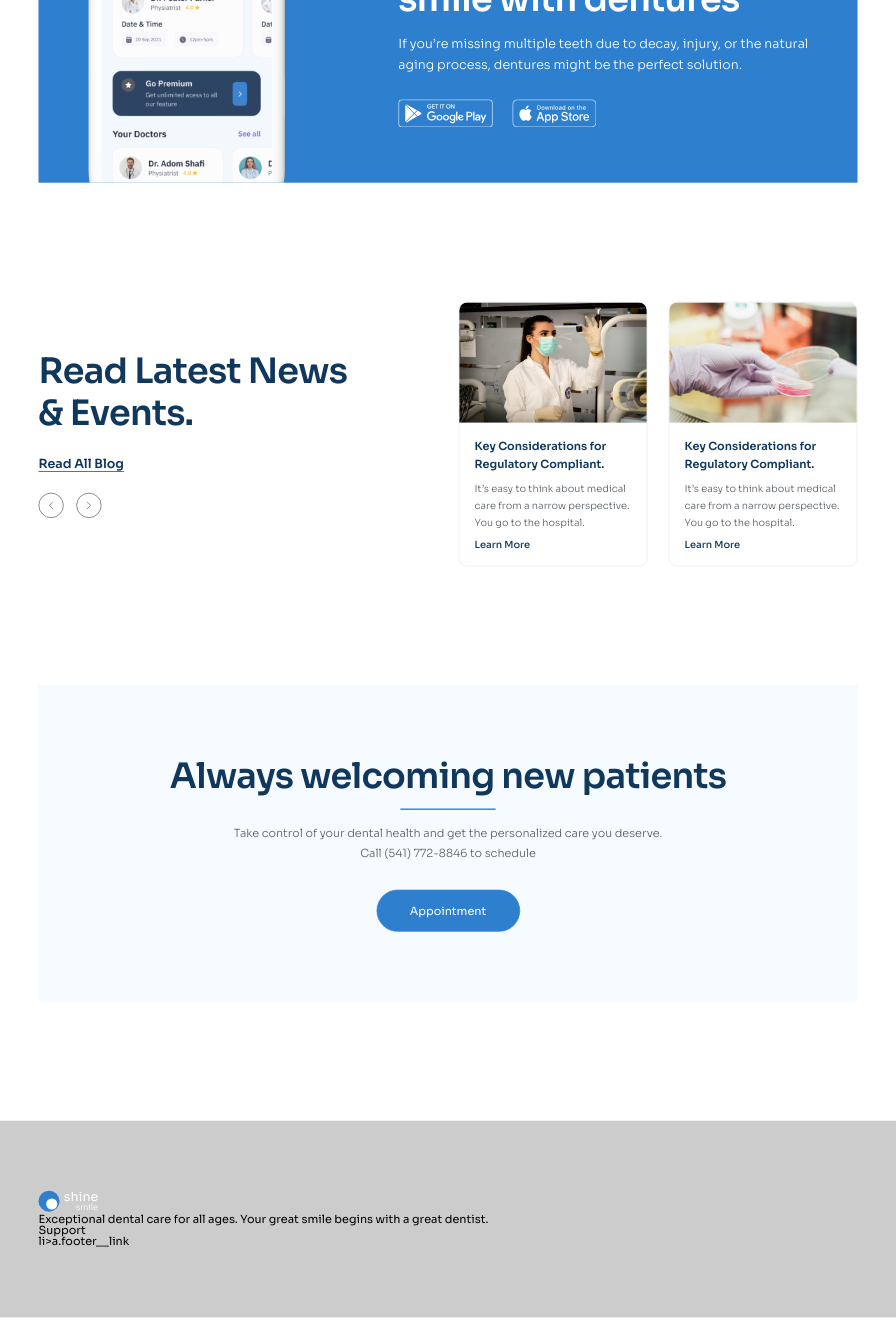
Repository: han2003dz/f8-project-03
Page: index.html
These files come from the project's save history. The page is drawn as it stood at one moment and after the next save; the edit follows.
The browser window is 1280 px wide. The pictures show the part of the page from y = 4580 to 6500 px (the page is 8000 px tall), at 70% of full size.

Above is the page before, as saved 2023-05-09 00:09:09.

### index.html
<!DOCTYPE html>
<html lang="en">

<head>
    <meta charset="UTF-8">
    <meta http-equiv="X-UA-Compatible" content="IE=edge">
    <meta name="viewport" content="width=device-width, initial-scale=1.0">
    <title>Shine Smile</title>
    <!-- favicon -->
    <link rel="apple-touch-icon" sizes="57x57" href="./assets/favicon/apple-icon-57x57.png">
    <link rel="apple-touch-icon" sizes="60x60" href="./assets/favicon/apple-icon-60x60.png">
    <link rel="apple-touch-icon" sizes="72x72" href="./assets/favicon/apple-icon-72x72.png">
    <link rel="apple-touch-icon" sizes="76x76" href="./assets/favicon/apple-icon-76x76.png">
    <link rel="apple-touch-icon" sizes="114x114" href="./assets/favicon/apple-icon-114x114.png">
    <link rel="apple-touch-icon" sizes="120x120" href="./assets/favicon/apple-icon-120x120.png">
    <link rel="apple-touch-icon" sizes="144x144" href="./assets/favicon/apple-icon-144x144.png">
    <link rel="apple-touch-icon" sizes="152x152" href="./assets/favicon/apple-icon-152x152.png">
    <link rel="apple-touch-icon" sizes="180x180" href="./assets/favicon/apple-icon-180x180.png">
    <link rel="icon" type="image/png" sizes="192x192" href="./assets/favicon/android-icon-192x192.png">
    <link rel="icon" type="image/png" sizes="32x32" href="./assets/favicon/favicon-32x32.png">
    <link rel="icon" type="image/png" sizes="96x96" href="./assets/favicon/favicon-96x96.png">
    <link rel="icon" type="image/png" sizes="16x16" href="./assets/favicon/favicon-16x16.png">
    <link rel="manifest" href="./assets/favicon/manifest.json">
    <meta name="msapplication-TileColor" content="#ffffff">
    <meta name="msapplication-TileImage" content="./assets/favicon/ms-icon-144x144.png">
    <meta name="theme-color" content="#ffffff">
    <!-- embed font -->
    <link rel="preconnect" href="https://fonts.googleapis.com">
    <link rel="preconnect" href="https://fonts.gstatic.com" crossorigin>
    <link href="https://fonts.googleapis.com/css2?family=Sora:wght@300;400;500;600;700&display=swap" rel="stylesheet">
    <!-- my css -->
    <link rel="stylesheet" href="/assets/css/reset.css">
    <link rel="stylesheet" href="/assets/css/style.css">
</head>

<body style="height: 8000px;">
    <header class="header">
        <div class="container">
            <!-- nav -->
            <div class="navigation">
                <a href="#!">
                    <div class="logo">
                        <span class="logo__circle"></span>
                        <span class="logo__text">
                            <span class="logo__brand">shine</span>
                            <span class="logo__brand logo__brand--small">smile</span>
                        </span>
                    </div>
                </a>
                <nav class="navbar">
                    <ul class="nav__list">
                        <li class="nav__item">
                            <a href="#!" class="nav__link nav__link--active">Home</a>
                        </li>
                        <li class="nav__item">
                            <a href="#!" class="nav__link">Services</a>
                        </li>
                        <li class="nav__item">
                            <a href="#!" class="nav__link">About</a>
                        </li>
                        <li class="nav__item">
                            <a href="#!" class="nav__link">Doctors</a>
                        </li>
                    </ul>
                </nav>
                <!-- action -->
                <div class="header-action">
                    <a href="#!" class="header-action__login">Log In</a>
                    <button href="#!" class="header-action__sign-up btn">Sign Up</button>
                </div>
            </div>
            <!-- hero -->
            <section class="hero">
                <!-- hero content -->
                <div class="hero__content">
                    <h1 class="hero__heading">Exceptional dental care for all ages.</h1>
                    <p class="hero__desc">Exceptional dental care for all ages. Your great smile begins with a great
                        dentist.</p>
                    <div class="hero__row">
                        <a href="#!" class="btn hero__btn">Book Online</a>
                        <span class="hero__phone">or call (123) 456-7890</span>
                    </div>
                </div>
                <div class="hero__media">
                    <figure class="hero__images">
                        <img src="./assets/img/img1__hero.jpg" alt="" class="hero__img">
                        <img src="./assets/img/img2__hero.jpg" alt="" class="hero__img">
                    </figure>
                </div>

            </section>
        </div>
    </header>
    <main>
        <!-- service -->
        <div class="service">
            <div class="container">
                <h2 class="section-heading">Our services</h2>
                <p class="section-desc">Exceptional dental care for all ages. Your great smile begins with a great
                    dentist.</p>
                <div class="service__row">
                    <figure>
                        <img src="./assets/img/service-img3.jpg" alt="" class="service__img">
                    </figure>
                    <div>
                        <div class="service__list">
                            <!-- item 1 -->
                            <section class="service-item">
                                <div class="service-item__icon">
                                    <!-- icon -->
                                    <svg width="22" height="24" viewBox="0 0 22 24" fill="none"
                                        xmlns="http://www.w3.org/2000/svg">
                                        <path
                                            d="M20.3598 2.63964C17.9506 -0.556131 14.2772 -0.568132 11.2481 1.10682C11.001 1.24657 10.7219 1.31411 10.4406 1.30222C10.1592 1.29033 9.88633 1.19945 9.65105 1.03931C8.49552 0.245717 7.29036 -0.316477 5.13904 0.207462C0.623408 1.3071 0 4.90379 0 8.99816C0.0797353 12.1602 0.500857 15.3032 1.25551 18.3683C2.11836 22.0168 3.90382 24 5.43354 24C6.96326 24 7.00963 22.2204 7.00963 20.8016C7.00963 19.2009 7.39505 14.8009 10.8642 14.8009C13.5317 14.8009 14.3333 18.4013 14.3333 20.8016C14.3329 23.095 15.1722 24 16.6628 24C19.5267 24 20.9796 15.3938 21.3719 13.1237C21.7642 10.8535 22.9882 6.12569 20.3598 2.63964Z"
                                            fill="currentColor" />
                                    </svg>
                                </div>
                                <div class="service-item__body">
                                    <h3 class="service-item__heading">Oral Surgery</h3>
                                    <p class="service-item__desc">
                                        Everything you expect and then some. Cleanings, fillings, and x-rays.
                                    </p>
                                </div>
                            </section>
                            <!-- item 2 -->
                            <section class="service-item">
                                <div class="service-item__icon">
                                    <!-- icon -->
                                    <svg width="22" height="24" viewBox="0 0 22 24" fill="none"
                                        xmlns="http://www.w3.org/2000/svg">
                                        <path
                                            d="M20.3598 2.63964C17.9506 -0.556131 14.2772 -0.568132 11.2481 1.10682C11.001 1.24657 10.7219 1.31411 10.4406 1.30222C10.1592 1.29033 9.88633 1.19945 9.65105 1.03931C8.49552 0.245717 7.29036 -0.316477 5.13904 0.207462C0.623408 1.3071 0 4.90379 0 8.99816C0.0797353 12.1602 0.500857 15.3032 1.25551 18.3683C2.11836 22.0168 3.90382 24 5.43354 24C6.96326 24 7.00963 22.2204 7.00963 20.8016C7.00963 19.2009 7.39505 14.8009 10.8642 14.8009C13.5317 14.8009 14.3333 18.4013 14.3333 20.8016C14.3329 23.095 15.1722 24 16.6628 24C19.5267 24 20.9796 15.3938 21.3719 13.1237C21.7642 10.8535 22.9882 6.12569 20.3598 2.63964Z"
                                            fill="currentColor" />
                                    </svg>
                                </div>
                                <div class="service-item__body">
                                    <h3 class="service-item__heading">Wisdom Teeth Removal</h3>
                                    <p class="service-item__desc">
                                        Everything you expect and then some. Cleanings, fillings, and x-rays.
                                    </p>
                                </div>
                            </section>
                            <!-- item 3 -->
                            <section class="service-item">
                                <div class="service-item__icon">
                                    <!-- icon -->
                                    <svg width="22" height="24" viewBox="0 0 22 24" fill="none"
                                        xmlns="http://www.w3.org/2000/svg">
                                        <path
                                            d="M20.3598 2.63964C17.9506 -0.556131 14.2772 -0.568132 11.2481 1.10682C11.001 1.24657 10.7219 1.31411 10.4406 1.30222C10.1592 1.29033 9.88633 1.19945 9.65105 1.03931C8.49552 0.245717 7.29036 -0.316477 5.13904 0.207462C0.623408 1.3071 0 4.90379 0 8.99816C0.0797353 12.1602 0.500857 15.3032 1.25551 18.3683C2.11836 22.0168 3.90382 24 5.43354 24C6.96326 24 7.00963 22.2204 7.00963 20.8016C7.00963 19.2009 7.39505 14.8009 10.8642 14.8009C13.5317 14.8009 14.3333 18.4013 14.3333 20.8016C14.3329 23.095 15.1722 24 16.6628 24C19.5267 24 20.9796 15.3938 21.3719 13.1237C21.7642 10.8535 22.9882 6.12569 20.3598 2.63964Z"
                                            fill="currentColor" />
                                    </svg>
                                </div>
                                <div class="service-item__body">
                                    <h3 class="service-item__heading">Preventative Dentistry</h3>
                                    <p class="service-item__desc">
                                        Everything you expect and then some. Cleanings, fillings, and x-rays.
                                    </p>
                                </div>
                            </section>
                        </div>
                        <a href="" class="btn service__btn">All Services</a>
                    </div>
                </div>
            </div>
        </div>
        <section class="work">
            <div class="container">
                <h2 class="section-heading heading__work">How it works</h2>
                <p class="section-desc desc__work">Exceptional dental care for all ages. Your great smile begins with a
                    great dentist.
                </p>
                <div class="work__list">
                    <!-- item 1 -->
                    <section class="work-item">
                        <img src="./assets/icon/search.svg" alt="" class="work-item__icon">
                        <h3 class="work-item__heading">Search doctor</h3>
                        <p class="work-item__desc">Search a doctor by education, qualifications or experience-contact
                            for inquiry.
                        </p>
                        <a href="#!" class="learn-more">Learn More</a>
                    </section>
                    <!-- item 2 -->
                    <section class="work-item">
                        <img src="./assets/icon/search-user.svg" alt="" class="work-item__icon">
                        <h3 class="work-item__heading">Find best doctor</h3>
                        <p class="work-item__desc">Search a doctor by education, qualifications or experience-contact
                            for inquiry.
                        </p>
                        <a href="#!" class="learn-more">Learn More</a>
                    </section>
                    <!-- item 3 -->
                    <section class="work-item">
                        <img src="./assets/icon/bag.svg" alt="" class="work-item__icon">
                        <h3 class="work-item__heading">Get treatment</h3>
                        <p class="work-item__desc">Search a doctor by education, qualifications or experience-contact
                            for inquiry.
                        </p>
                        <a href="#!" class="learn-more">Learn More</a>
                    </section>
                </div>
            </div>
        </section>
        <!-- feature -->
        <section class="feature">
            <div class="container">
                <div class="feature-body">
                    <div class="feature__media">
                        <figure class="feature__images">
                            <img src="./assets/img/feature-img1.jpg" alt="" class="feature__img">
                            <img src="./assets/img/feature-img2.jpg" alt="" class="feature__img">
                        </figure>
                    </div>
                    <section class="feature__content">
                        <h2 class="section-heading">Take back your smile with shine.</h2>
                        <p class="section-desc">If you’re missing multiple teeth due to decay, injury, or the natural
                            aging
                            process, dentures might be the perfect solution.
                        </p>
                        <a href="#!" class="btn feature__cta">Learn More</a>
                    </section>
                </div>
            </div>
        </section>
        <section class="member">
            <div class="container">
                <header class="member__header">
                    <h2 class="section-heading member__heading">Our virtual dentist</h2>
                    <a href="#!" class="btn member__cta">Meet our dentist</a>
                </header>
                <div class="member__list">
                    <!-- item 1 -->
                    <article class="member-item">
                        <div class="member-item__img-bg">
                            <img src="./assets/img/dr1.png" alt="Dr. Essence Page" class="member__img">
                        </div>
                        <h3 class="member-item__name">Dr. Essence Page</h3>
                        <p class="member-item__desc">DDS, California - Linda University</p>
                    </article>
                    <!-- item 2 -->
                    <article class="member-item">
                        <div class="member-item__img-bg">
                            <img src="./assets/img/dr2.png" alt="Dr. Essence Page" class="member__img">
                        </div>
                        <h3 class="member-item__name">Dr. Essence Page</h3>
                        <p class="member-item__desc">DDS, California - Linda University</p>
                    </article>
                    <!-- item 3 -->
                    <article class="member-item">
                        <div class="member-item__img-bg">
                            <img src="./assets/img/dr3.png" alt="Dr. Essence Page" class="member__img">
                        </div>
                        <h3 class="member-item__name">Dr. Essence Page</h3>
                        <p class="member-item__desc">DDS, California - Linda University</p>
                    </article>
                    <!-- item 4 -->
                    <article class="member-item">
                        <div class="member-item__img-bg">
                            <img src="./assets/img/dr4.png" alt="Dr. Essence Page" class="member__img">
                        </div>
                        <h3 class="member-item__name">Dr. Essence Page</h3>
                        <p class="member-item__desc">DDS, California - Linda University</p>
                    </article>
                </div>
                <div class="control">
                    <!-- previous -->
                    <button class="control__btn">
                        <svg width="6" height="12" viewBox="0 0 6 12" fill="none" xmlns="http://www.w3.org/2000/svg">
                            <path d="M5.5 1L0.5 6L5.5 11" stroke="currentColor" stroke-linecap="round"
                                stroke-linejoin="round" />
                        </svg>
                    </button>
                    <!-- next -->
                    <button class="control__btn">
                        <svg class="control-next" width="6" height="12" viewBox="0 0 6 12" fill="none"
                            xmlns="http://www.w3.org/2000/svg">
                            <path d="M5.5 1L0.5 6L5.5 11" stroke="currentColor" stroke-linecap="round"
                                stroke-linejoin="round" />
                        </svg>
                    </button>
                </div>
            </div>
        </section>
        <!-- install -->
        <section class="install">
            <div class="container">
                <div class="install__inner">
                    <figure>
                        <img src="./assets/img/install-img.png" alt="" class="install__img">
                    </figure>
                    <div class="install__content">
                        <h2 class="install-heading section-heading">Take back your smile with dentures</h2>
                        <p class="install-desc section-desc">If you’re missing multiple teeth due to decay, injury, or
                            the natural aging process, dentures might be the perfect solution.
                        </p>
                        <div class="install__row">
                            <a href="#!">
                                <img src="./assets/icon/google-play.svg" alt="" class="install__icon">
                            </a>
                            <a href="#!">
                                <img src="./assets/icon/app-store.svg" alt="" class="install__icon">
                            </a>
                        </div>
                    </div>
                </div>
            </div>
        </section>
        <!-- new -->
        <section class="new">
            <div class="container">
                <div class="new__body">
                    <section class="new__content">
                        <h2 class="section-heading">
                            Read Latest News & Events.
                        </h2>
                        <a href="#!" class="new__more">Read All Blog</a>
                        <div class="control">
                            <!-- previous -->
                            <button class="control__btn">
                                <svg width="6" height="12" viewBox="0 0 6 12" fill="none"
                                    xmlns="http://www.w3.org/2000/svg">
                                    <path d="M5.5 1L0.5 6L5.5 11" stroke="currentColor" stroke-linecap="round"
                                        stroke-linejoin="round" />
                                </svg>
                            </button>
                            <!-- next -->
                            <button class="control__btn">
                                <svg class="control-next" width="6" height="12" viewBox="0 0 6 12" fill="none"
                                    xmlns="http://www.w3.org/2000/svg">
                                    <path d="M5.5 1L0.5 6L5.5 11" stroke="currentColor" stroke-linecap="round"
                                        stroke-linejoin="round" />
                                </svg>
                            </button>
                        </div>
                    </section>
                    <div class="new__list">
                        <article class="new-item">
                            <figure>
                                <img src="./assets/img/new-img1.jpg" alt="" class="new-item__img">
                            </figure>
                            <section class="new-item__body">
                                <h4 class="new__item-heading">Key Considerations for Regulatory Compliant.</h4>
                                <p class="new__item-desc">It’s easy to think about medical care from a narrow
                                    perspective. You go to the hospital.</p>
                                <a href="#!" class="new__learn-more">Learn More</a>
                            </section>
                        </article>
                        <article class="new-item">
                            <figure>
                                <img src="./assets/img/new-img2.jpg" alt="" class="new-item__img">
                            </figure>
                            <section class="new-item__body">
                                <h4 class="new__item-heading">Key Considerations for Regulatory Compliant.</h4>
                                <p class="new__item-desc">It’s easy to think about medical care from a narrow
                                    perspective. You go to the hospital.</p>
                                <a href="#!" class="new__learn-more">Learn More</a>
                            </section>
                        </article>
                    </div>
                </div>
            </div>
        </section>
        <!-- appointment -->
        <section class="appointment">
            <div class="container">
                <div class="appointment__inner">
                    <h2 class="appointment-heading section-heading">
                        Always welcoming new patients
                    </h2>
                    <p class="appointment-desc section-desc">Take control of your dental health and get the personalized
                        care you
                        deserve. Call (541) 772-8846 to schedule
                    </p>
                    <a href="#!" class="appointment-btn btn">Appointment</a>
                </div>
            </div>
        </section>
    </main>
    <!-- footer -->
    <footer class="footer">
        <div class="container">
            <div class="footer__row">
                <div class="footer__col">
                    <a href="#!">
                        <div class="logo">
                            <span class="logo__circle"></span>
                            <span class="logo__text">
                                <span class="logo__brand">shine</span>
                                <span class="logo__brand logo__brand--small">smile</span>
                            </span>
                        </div>
                    </a>
                    <p class="footer__desc">Exceptional dental care for all ages. Your great smile begins with a great
                        dentist.
                    </p>
                </div>
                <div class="footer__col">
                    <h3 class="footer__heading">Support</h3>
                    <ul class="footer__list">
                        li>a.footer__link
                    </ul>
                </div>
                <div class="footer__col"></div>
                <div class="footer__col"></div>
            </div>
        </div>
    </footer>
    <script src="./assets/app.js"></script>
</body>

</html>

Loaded but not shown: assets/css/reset.css (common file); assets/app.js (7 lines, source omitted); assets/css/style.css (639 lines, source omitted)

After the next save:
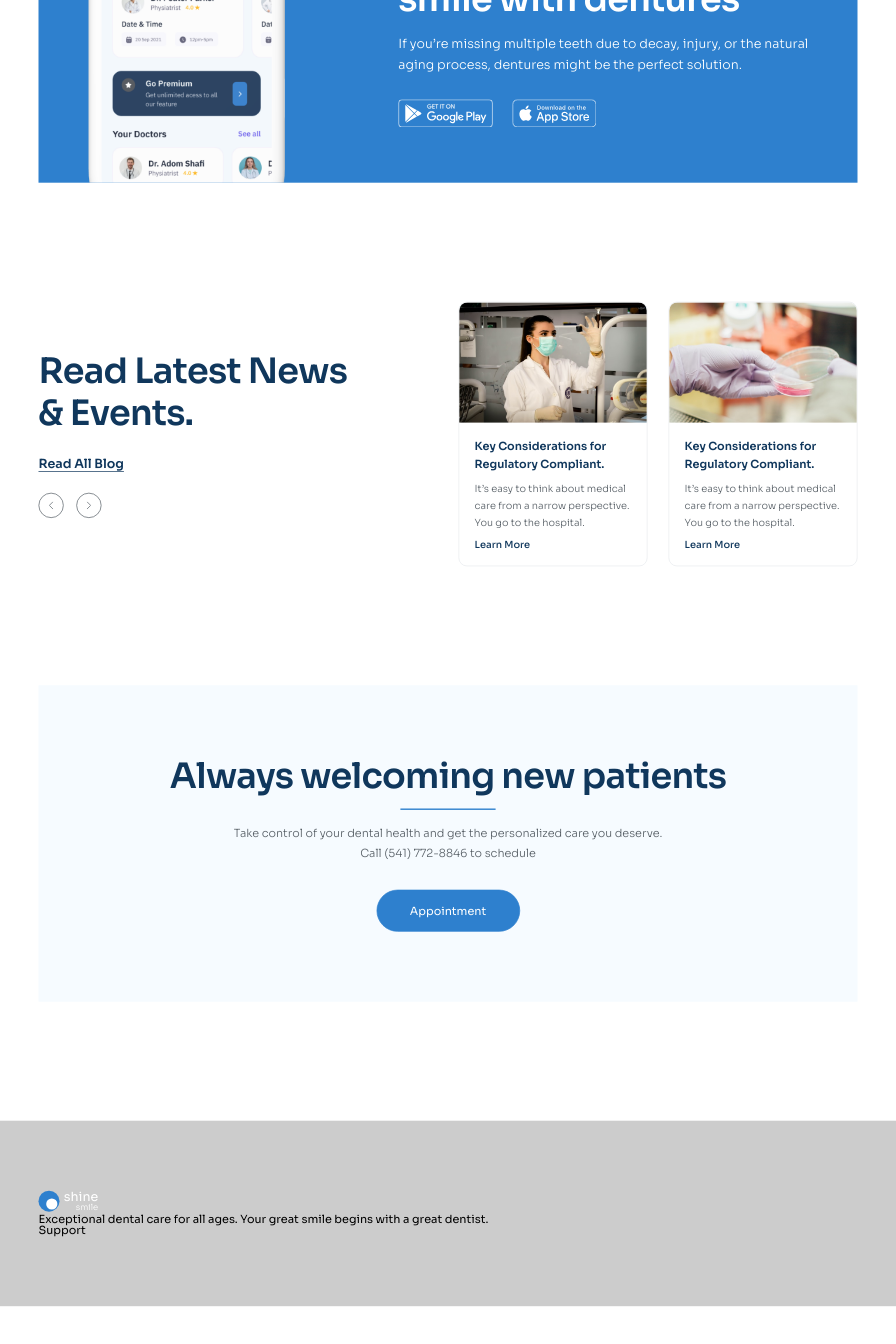
Saved 26 s later.
--- a/index.html
+++ b/index.html
@@ -397,7 +397,7 @@
                 <div class="footer__col">
                     <h3 class="footer__heading">Support</h3>
                     <ul class="footer__list">
-                        li>a.footer__link
+                        <li><a href="" class="footer__link"></a><a href="" class="footer__link"></a><a href="" class="footer__link"></a><a href="" class="footer__link"></a></li>
                     </ul>
                 </div>
                 <div class="footer__col"></div>
